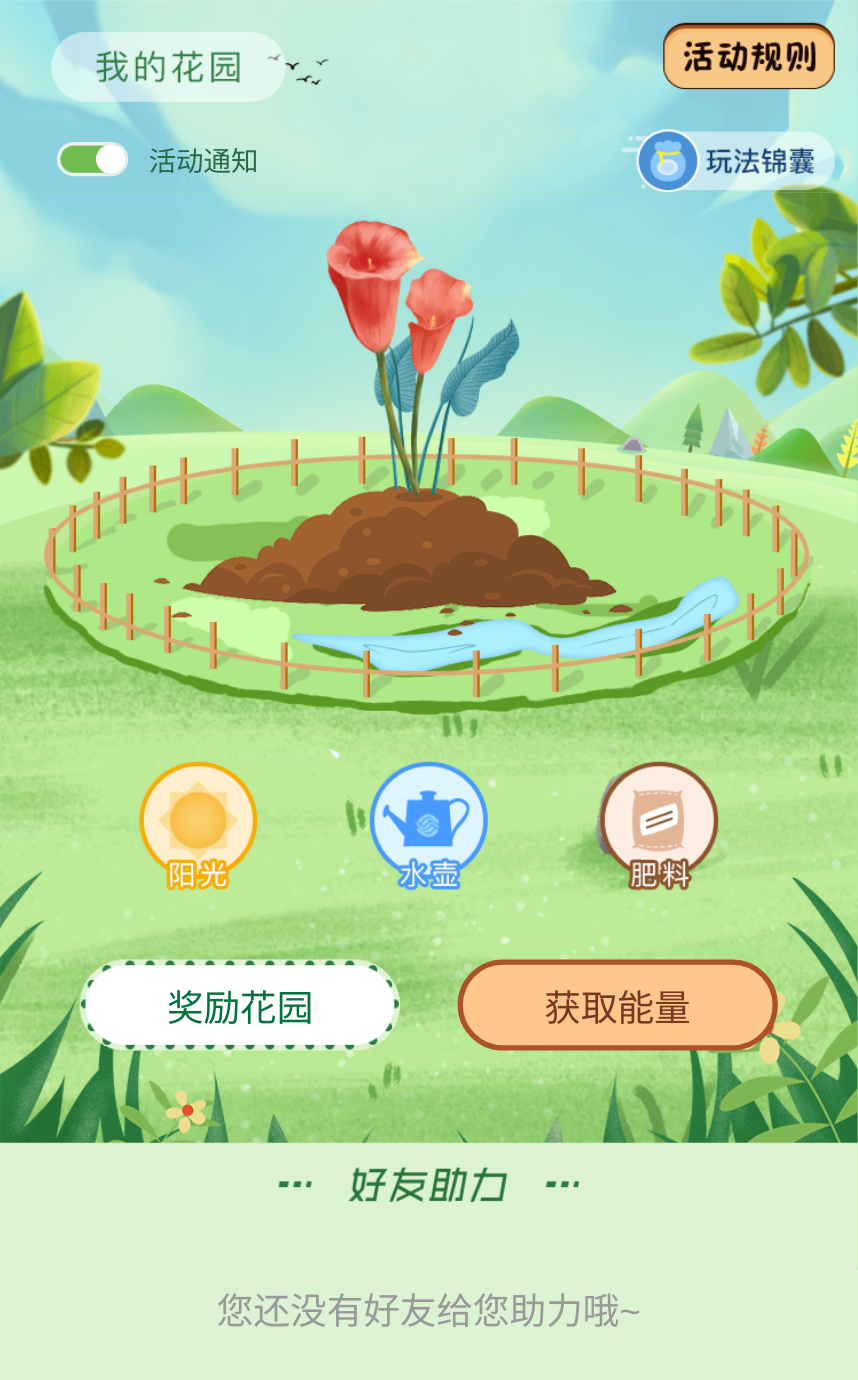
Repository: wangbiaozy/zh
Page: index.html
These files come from the project's save history. The page is drawn as it stood at one moment and after the next save; the edit follows.
The browser window is 1280 px wide. The pictures show the whole page, at 67% of full size.

Above is the page before, as saved 2019-03-18 20:08:36.
Console error: TypeError: Cannot read properties of undefined (reading 'style')

### index.html
<!DOCTYPE html>
<html lang="en">

<head>
    <meta charset="UTF-8">
    <meta name="viewport" content="width=device-width, initial-scale=1.0, maximum-scale=1.0, minimum-scale=1.0, user-scalable=no, viewport-fit=cover">
    <meta http-equiv="X-UA-Compatible" content="ie=edge">
    <title>北京移动</title>
    <link rel="stylesheet" href="css/reset.min.css">
    <link rel="stylesheet/less" href="css/styles.less">
    <link rel="stylesheet" href="css/animation.css">
    <script src="js/less-1.7.0.min.js"></script>
    <script src="js/jquery-1.10.1.min.js"></script>
    <script src="js/imgLoader.js"></script>
    <script>
        imgLoader([
            'images/banner.png',
            'images/bdsjh.png',
            'images/bg_01.png',
            'images/bg_02.png',
            'images/btn_cj.png',
            'images/btn_cjhd.png',
            'images/btn_dhff.png',
            'images/btn_dl.png',
            'images/btn_fshy.png',
            'images/btn_lj.png',
            'images/btn_qd.png',
            'images/btn_qdl.png',
            'images/btn_qr.png',
            'images/btn_qx.png',
            'images/btn_xg.png',
            'images/btn_zz.png',
            'images/c1.png',
            'images/c2.png',
            'images/c3.png',
            'images/c4.png',
            'images/c5.png',
            'images/card_1.png',
            'images/card_2.png',
            'images/card_3.png',
            'images/card_4.png',
            'images/card_5.png',
            'images/card.png',
            'images/close.png',
            'images/default.jpg',
            'images/erweima.png',
            'images/fire.gif',
            'images/fri_bg_01.png',
            'images/fri_bg_02.png',
            'images/fri_bg_03.png',
            'images/gongxi.png',
            'images/guang1.png',
            'images/guang2.png',
            'images/hdgz.png',
            'images/home_bg_01.png',
            'images/home_bg_02.png',
            'images/home_bg_03.png',
            'images/hyzl.png',
            'images/longjiao.png',
            'images/longshen.png',
            'images/longtou.png',
            'images/longwei.png',
            'images/longzhu.png',
            'images/longzhua.png',
            'images/rule_btn.png',
            'images/share.png',
            'images/sjhm.png',
            'images/start_btn.png',
            'images/submit.png',
            'images/tc_1_text.png',
            'images/tc_bg.png',
            'images/tc_card.png',
            'images/tc_title_1.png',
            'images/tc_title_2.png',
            'images/tc_title_3.png',
            'images/xxqr.png',
            'images/yun_1.png',
            'images/yun_2.png',
            'images/yun_3.png',
            'images/yun.png',
            'images/yzm.png'
        ], function (percentage) {
            var percentT = percentage * 100;
            $('.loader_info').html('Loading ' + (parseInt(percentT)) + '%');
            $('.loader_progress')[0].style.width = percentT + '%';
            if (percentage == 1) {
                /* $('.loader').remove();
                $('.home').show(); */
            }
        });
    </script>
</head>
<body>
    <!--loading-->
    <!-- <section class="loader">
        <div class="loader_info"></div>
        <div>
            <div class="loader_progress"></div>
        </div>
    </section> -->
    <!-- 首页 -->
    <section id="home" class="home">
        <div>
            <a href="javascript: void(0)" class="rule-btn"></a>
        </div>
        <div>
            <div></div>
        </div>
        <div>
            <a href="javascript: void(0)" id="start-btn"></a>
            <div>
                <p id="countDown"><i>倒计时：</i><span>7</span>天<span>00</span>时<span>00</span>分<span>00</span>秒</p>
            </div>
            <p>4月8日-4月14日&nbsp;&nbsp;&nbsp;&nbsp;活动将于4月14日结束，务必到期前领取</p>
        </div>
    </section>
    <!-- 活动规则页 -->
    <section id="rule" class="rule">
        <div>
            <div></div>
            <div>
                <ul>
                    <li>
                        <h3>一 活动时间：</h3>
                        <p>即日起——4月14日</p>
                        <h3>二 活动介绍：</h3>
                        <p>活动期间，用户通过北京移动微信公众号，可参与“天天种花得流量”活动。用户每天可获得一颗种子，通过添加物料（水、阳光、肥料），完成种植，收获花朵并获得对应流量奖品。</p>
                        <p>获取物料方法：</p>
                        <p>1、用户首次参与活动可领取水、阳光、肥料各1份。</p>
                        <p>2、分享活动给好友，邀请其助力赠送，可获得更多物料。（好友助力次数不限，但为同一用户仅可助力一次。）</p>
                        <h3>三 奖品规则：</h3>
                        <p>活动奖品包含：100MB、200MB、500MB、1GB、2GB、3GB全国流量，及部分免费业务体验资格、优惠业务办理资格。</p>
                        <p>（一）流量奖品</p>
                        <p>1.流量档位包括100MB、200MB、500MB、1GB、2GB、3GB全国流量；</p>
                        <p>2.奖品将于领取后15日内，自动充入用户的微信关注绑定手机号，流量自充入日起生效，有效期至本月月末；</p>
                        <p>3.活动赠送套外国内流量，优先级低于主套餐、可选包、短促包、定向流量包等，赠送流量无法共享，不可结转；</p>
                        <p>4.处于保留期、保号期、挂失、申停、欠停、转品牌过渡期的手机号；物联网卡、4G超级日租卡套餐、神州行开心听、语音套餐卡、神州行B标准资费基本策划等特殊资费用户无法领取赠送流量；</p>
                        <p>5.赠送流量每月仅可领取100次，超出上限不可领取；</p>
                        <p>6.北京移动用户抽中流量奖品后，自动充入关注绑定账户。非北京移动用户抽中流量奖品后可以转赠给北京移动手机号码。</p>
                        <p>（二）其它奖品</p>
                        <p>规则详见各奖品办理页面</p>
                        <p>温馨提示：</p>
                        <p>1、活动将于4月14日结束，请您务必于活动结束前完成领奖，逾期视为自动放弃奖品。</p>
                        <p>2、活动页面内可手动关闭活动提醒。如不关闭，默认每天发放服务通知，提醒用户活动状态已更新。</p>
                    </li>
                </ul>
                <a href="javascript:void(0)">确定</a>
            </div>
        </div>
        <div></div>
    </section>
    <!-- 主页 -->
    <section id="main" class="main">
        <div>
            <a href="javascript:void(0)" class="rule-btn"></a>
            <a href="javascript:void(0)" class="method-btn"></a>
            <div>
                <a href="javascript:void(0)"></a>
                <p>活动通知</p>
            </div>
        </div>
        <div>
            <div>
                <div class="cs-4"></div>
                <ul>
                    <li></li>
                </ul>
            </div>
        </div>
        <div>
            <ul>
                <li>
                    <span>3</span>
                </li>
                <li>
                    <span>3</span>
                </li>
                <li>
                    <span>3</span>
                </li>
            </ul>
            <ul>
                <li>奖励花园</li>
                <li>获取能量</li>
            </ul>
        </div>
        <div>
            <h3></h3>
            <ul>
                <p>您还没有好友给您助力哦~</p>
                <!-- <li>
                    <div>
                        <img src="./images/fri_default.png" alt="">
                    </div>
                    <p>胖子胖子胖子胖子</p>
                    <p>帮忙增加了<span>肥料</span></p>
                    <p>3月1日</p>
                </li> -->
            </ul>
        </div>
    </section>
    <!-- 玩法锦囊页 -->
    <section id="method" class="method">
        <div></div>
        <div></div>
        <div></div>
        <div></div>
        <div></div>
        <a href="javascript: void(0)">确定</a>
    </section>
    <!-- 我的奖励花园页 -->
    <section id="gift" class="gift">
        <div>
            <div>
                <div></div>
                <ul>
                    <li>
                        <img src="./images/flower_0.png" alt="">
                        <a href="javascript: void(0)"></a>
                    </li>
                    <li>
                        <img src="./images/flower_0.png" alt="">
                        <a href="javascript: void(0)"></a>
                    </li>
                    <li>
                        <img src="./images/flower_0.png" alt="">
                        <a href="javascript: void(0)"></a>
                    </li>
                    <li>
                        <img src="./images/flower_0.png" alt="">
                        <a href="javascript: void(0)"></a>
                    </li>
                    <li>
                        <img src="./images/flower_0.png" alt="">
                        <a href="javascript: void(0)"></a>
                    </li>
                    <li>
                        <img src="./images/flower_0.png" alt="">
                        <a href="javascript: void(0)"></a>
                    </li>
                    <li>
                        <img src="./images/flower_0.png" alt="">
                        <a href="javascript: void(0)"></a>
                    </li>
                </ul>
                <div></div>
                <a href="javascript: void(0)">返回</a>
            </div>
        </div>
        <div></div>
    </section>
    <!-- 二维码页 -->
    <section id="code" class="code">
        <div>
            <div>
                <div>
                    <p>亲爱的用户<br>天天种花得流量活动邀你参加<br>天天有惊喜哦~</p>
                </div>
                <div>
                    <div>
                        <img src="./images/erweima.jpg" alt="">
                    </div>
                </div>
            </div>
        </div>
        <div></div>
    </section>
    <!-- 添加物料弹窗 -->
    <section class="model addModel message-model">
        <div>
            <p>您已成功为种子<br><span>添加了阳光</span><br>种子已进入<span>成熟</span>期<br>快来看看吧</p>
        </div>
        <a href="javascript: void(0)">确定</a>
    </section>
    <!-- 发送好友弹窗 -->
    <section class="model to-friend message-model">
        <div>
            <p>您需要积攒能量<br>才能种出神秘花朵<br>还有抽大奖的机会哦<br>快请好友帮忙吧</p>
        </div>
        <a href="javascript:void(0)">发送好友</a>
    </section>
    <!-- 开始 种子弹窗 -->
    <section class="model tc-0">
        <div>
            <p>恭喜您已经播种了<br>一颗神秘种子<br>快去养育TA～</p>
            <div></div>
            <p>看看可以收获什么花吧！！</p>
            <p>送您阳光、水壶、肥料各一份</p>
        </div>
        <a href="javascript:void(0)">确定</a>
    </section>
    <!-- 本网获得流量弹窗 -->
    <section class="model tc-1">
        <div>
            <p>恭喜您的手机号</p>
            <p>15910943650</p>
            <p>收货了<span>雏菊</span>（价值<span>500MB</span>）</p>
            <img src="./images/flower_tc_1.png" alt="">
            <p>流量将于7日内到账</p>
            <p>有效期至本月月末</p>
            <a href=""></a>
        </div>
        <a href="javascript:void(0)">确定</a>
    </section>
    <!-- 异网流量弹窗 1-->
    <section class="model tc-2">
        <div>
            <p>恭喜您的手机号</p>
            <p>13612341234</p>
            <p>收获了<span>雏菊</span>（价值<span>500MB</span>）</p>
            <img src="./images/flower_tc_1.png" alt="">
            <p>您可以转赠到北京移动号码内</p>
            <p>（流量仅可在活动期间内进行转赠）</p>
        </div>
        <div>
            <a href="javascript:void(0)">取消</a>
            <a href="javascript:void(0)">转赠</a>
        </div>
    </section>
    <!-- 异网流量弹窗 2 -->
    <section class="model tc-3">
        <div>
            <p>请输入好友北京移动手机号码</p>
            <div>
                <p>手机号码</p>
                <input id="inputTel" type="number" pattern="[0-9]*" oninput="if(value.length>11)value=value.slice(0,11)">
            </div>
            <p>（流量仅可在活动期间进行转赠）</p>
        </div>
        <a href="javascript:void(0)">确定</a>
    </section>
     <!-- 异网流量弹窗 3 -->
    <section class="model tc-4">
        <div>
            <p>信息确认</p>
            <p>您是否将</p>
            <p><span>500MB</span>全国流量</p>
            <p>转赠到手机号码</p>
            <p>13612341234</p>
            <p>账户中</p>
            <p>点击确认后信息将不可更改</p>
        </div>
        <div>
            <a href="javascript:void(0)">修改</a>
            <a href="javascript:void(0)">确认</a>
        </div>
    </section>
    <!-- 异网流量弹窗 4 -->
    <section class="model tc-5">
        <div>
            <p>您已将</p>
            <p><span>500MB</span>全国流量</p>
            <p>转赠到手机号码</p>
            <p>15910011111</p>
            <p>账户中</p>
            <p>流量将于15日内到账</p>
            <p>有效期至本月月末</p>
            <p>（流量到账后，立即生效）</p>
            <a href=""></a>
        </div>
        <a href="javascript:void(0)">确定</a>
    </section>
    <!-- 分享浮层 -->
    <section class="share">
        <div>
            <span></span>
        </div>
    </section>
    <!-- 遮罩层 -->
    <section class="mask" id="mask"></section>
</body>
</html>
<script src="js/index.js"></script>

### css/reset.min.css
@charset "utf-8";
/*默认样式清除和初始化*/
body,h1,h2,h3,h4,h5,h6,hr,p,blockquote,dl,dt,dd,ul,ol,li,button,input,textarea,th,td{margin:0;padding:0}body{font-size:12px;font-style:normal;font-family:"\5FAE\8F6F\96C5\9ED1",Helvetica,sans-serif}small{font-size:12px}h1{font-size:18px}h2{font-size:16px}h3{font-size:14px}h4,h5,h6{font-size:100%}ul,ol{list-style:none}a{text-decoration:none;background-color:transparent}a:hover,a:active{outline-width:0;text-decoration:none}table{border-collapse:collapse;border-spacing:0}hr{border:0;height:1px}img{border-style:none}img:not([src]){display:none}svg:not(:root){overflow:hidden}html{-webkit-touch-callout:none;-webkit-text-size-adjust:100%}input,textarea,button,a{-webkit-tap-highlight-color:rgba(0,0,0,0)}article,aside,details,figcaption,figure,footer,header,main,menu,nav,section,summary{display:block}audio,canvas,progress,video{display:inline-block}audio:not([controls]),video:not([controls]){display:none;height:0}progress{vertical-align:baseline}mark{background-color:#ff0;color:#000}sub,sup{position:relative;font-size:75%;line-height:0;vertical-align:baseline}sub{bottom:-0.25em}sup{top:-0.5em}button,input,select,textarea{font-size:100%;outline:0}button,input{overflow:visible}button,select{text-transform:none}textarea{overflow:auto}button,html [type="button"],[type="reset"],[type="submit"]{-webkit-appearance:button}button::-moz-focus-inner,[type="button"]::-moz-focus-inner,[type="reset"]::-moz-focus-inner,[type="submit"]::-moz-focus-inner{border-style:none;padding:0}button:-moz-focusring,[type="button"]:-moz-focusring,[type="reset"]:-moz-focusring,[type="submit"]:-moz-focusring{outline:1px dotted ButtonText}[type="checkbox"],[type="radio"]{box-sizing:border-box;padding:0}[type="number"]::-webkit-inner-spin-button,[type="number"]::-webkit-outer-spin-button{height:auto}[type="search"]{-webkit-appearance:textfield;outline-offset:-2px}[type="search"]::-webkit-search-cancel-button,[type="search"]::-webkit-search-decoration{-webkit-appearance:none}::-webkit-input-placeholder{color:inherit;opacity:.54}::-webkit-file-upload-button{-webkit-appearance:button;font:inherit}.clear:after{display:block;height:0;content:"";clear:both}
*{ -webkit-tap-highlight-color: rgba(0,0,0,0);-webkit-tap-highlight-color: transparent; /* For some Androids */ }

Loaded but not shown: js/less-1.7.0.min.js (library); js/jquery-1.10.1.min.js (library); js/index.js (497 lines, source omitted); js/imgLoader.js (49 lines, source omitted); css/animation.css (2744 lines, source omitted)

After the next save:
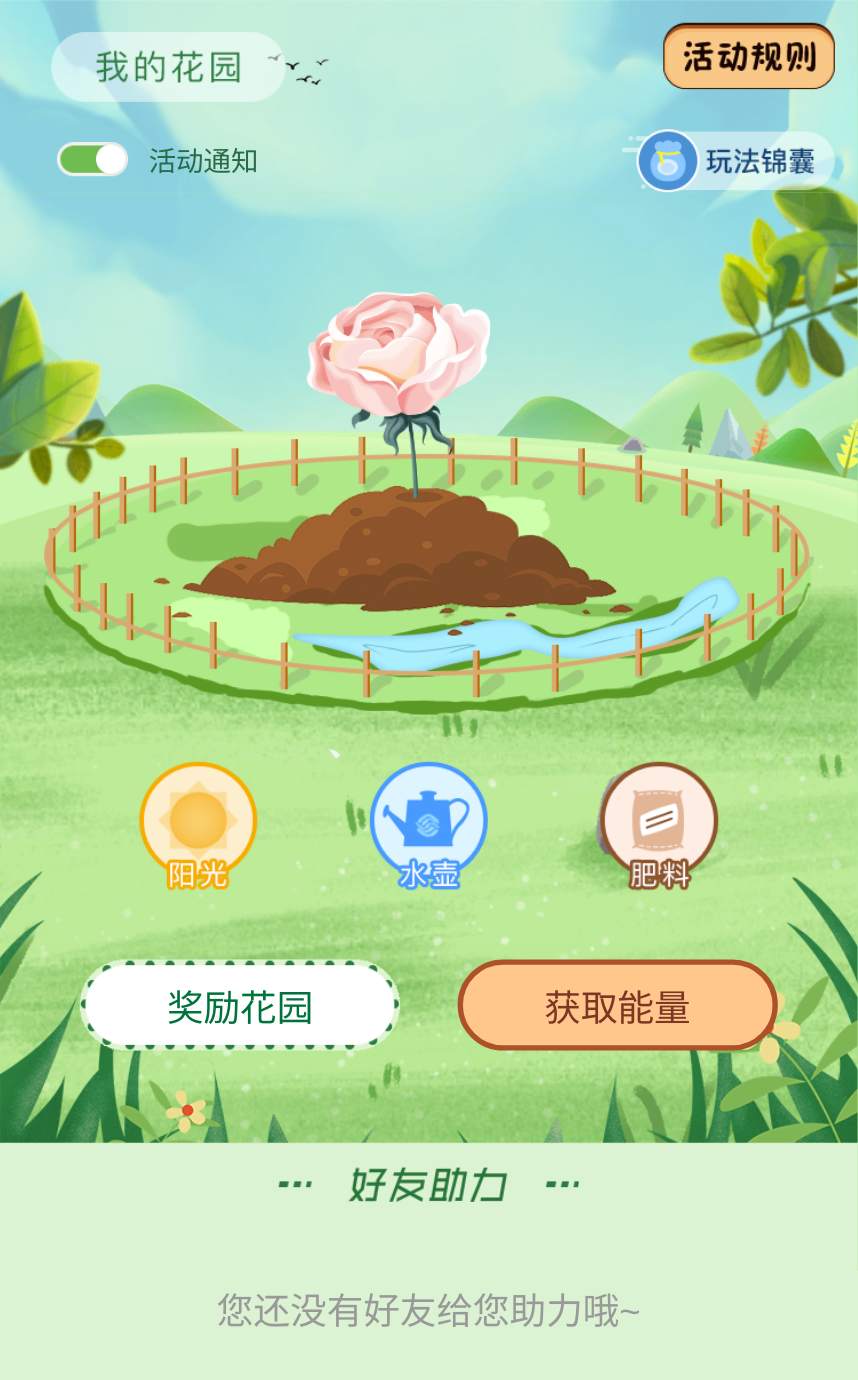
Saved 5 s later.
--- a/index.html
+++ b/index.html
@@ -161,7 +161,7 @@
         </div>
         <div>
             <div>
-                <div class="cs-4"></div>
+                <div class="cs-5"></div>
                 <ul>
                     <li></li>
                 </ul>
